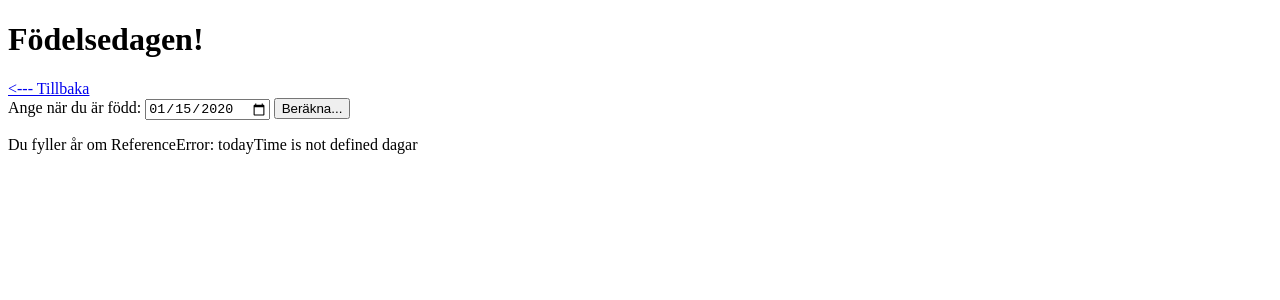
Repository: LindaOtt/1dv403-lo222hd-laborationer
Page: 1-vandalen/birthday/index.html
The author's editor kept a record of every edit. The page is drawn from the files as they stood at one moment, then again after the next edit.
The browser window is 1280 px wide. The pictures show the whole page.
Empty fields were first filled with sample values (such as "Sample", 5 or name@example.com).
After loading, the first visible `#send` was clicked once.

Above is the page before.

After the next edit:
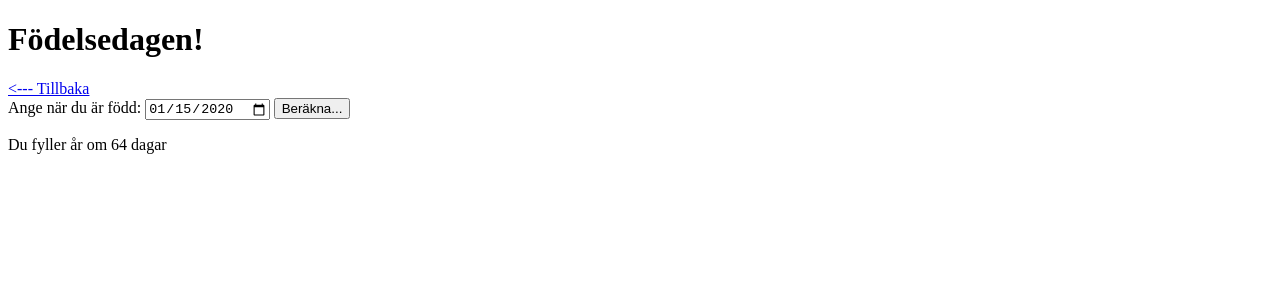
The edit:
--- a/1-vandalen/birthday/script.js
+++ b/1-vandalen/birthday/script.js
@@ -39,7 +39,7 @@
 				//Lägger in nuvarande år i datumobjektet för nästa födelsedag
 				birthdayDate.setYear(todayYear);
 				//Lägger födelsedagstiden till nuvarande tid
-				birthdayDate.setTime(todayTime);
+				birthdayDate.setHours(todayHours);
 
 
 				alert(birthdayDate);
